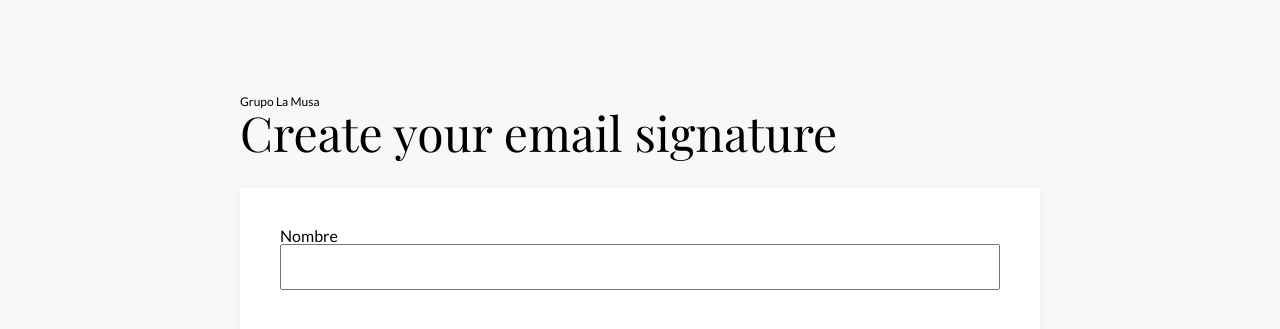
Repository: beltranrengifo/signature-planta
Page: /
The author's editor kept a copy of each file at every save. The page is drawn from the files as they stood at one save, then again after the next save.
The browser window is 1280 px wide. The pictures show the whole page.
The project was rebuilt for these pictures with package versions that can differ from the ones it lists, and the page was loaded fresh each time. Also part of the build but not shown: vue.config.js.

Above is the page before, as saved 2019-08-30 16:47:22.

After the next save:
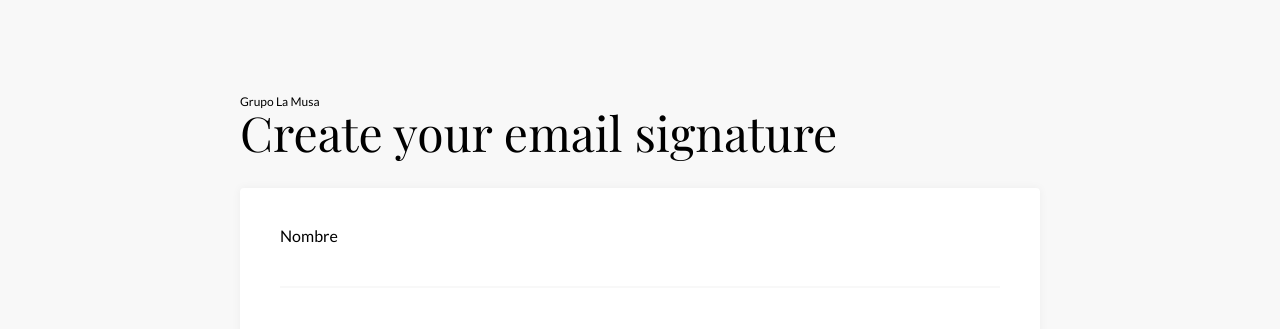
Saved 68 s later.
--- a/src/assets/scss/_form.scss
+++ b/src/assets/scss/_form.scss
@@ -1,3 +1,5 @@
 input {
   min-height: 40px;
+  border: none;
+  border-bottom: 2px solid $--color-grey;
 }
